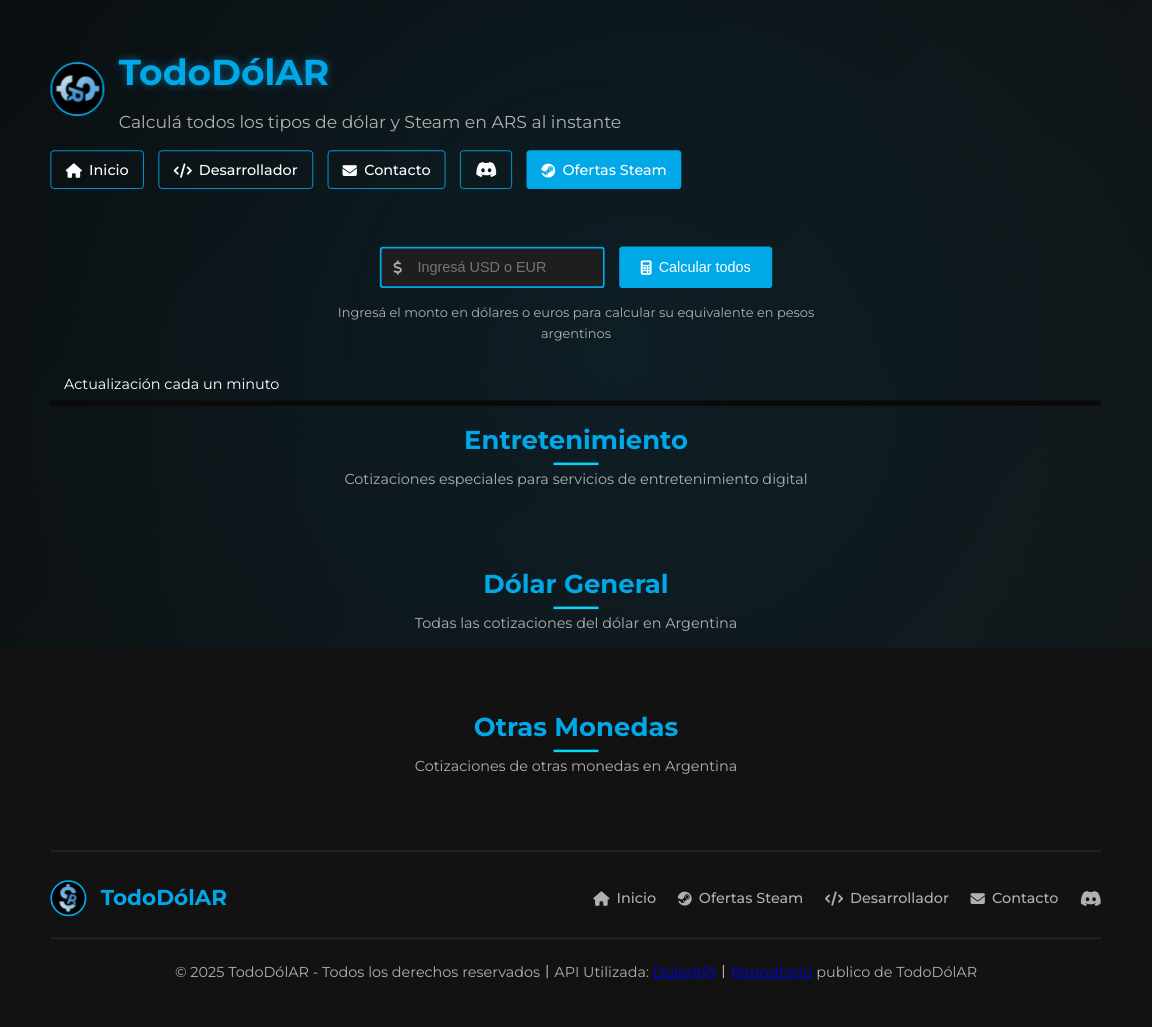
Repository: FabriDevelope/todod-lar-ar
Page: inicio/index.html
The author's editor kept a copy of each file at every save. The page is drawn from the files as they stood at one save, then again after the next save.
The browser window is 1280 px wide. The pictures show the whole page, at 90% of full size.
The page's requests for data from a server got no answer.

Above is the page before, as saved 2025-09-06 23:25:37.

### inicio/index.html
<!DOCTYPE html>
<html lang="es">
<head>
    <meta charset="UTF-8">
    <meta name="viewport" content="width=device-width, initial-scale=1.0">
    <title>TodoDólAR - Calculá todos los tipos de dólar y Steam en ARS al instante</title>
    <link rel="stylesheet" href="../css/style.css">
    <link rel="icon" type="image/png" href="favicon.png">
    <link href="https://fonts.googleapis.com/css2?family=Montserrat:wght@400;500;700&display=swap" rel="stylesheet">
    <link rel="stylesheet" href="https://cdnjs.cloudflare.com/ajax/libs/font-awesome/6.4.0/css/all.min.css">
</head>
<body>
    <!-- Fondo animado -->
    <div class="animated-bg"></div>

    <div class="container">
        <!-- Header -->
        <header class="header">
            <div class="header-content">
                <div class="header-logo">
                    <img src="../logo/logo.png" alt="TodoDólar-AR Logo" class="logo-img">
                    <div>
                        <h1 class="header-title">TodoDólAR</h1>
                        <p class="header-subtitle">Calculá todos los tipos de dólar y Steam en ARS al instante</p>
                    </div>
                </div>
                <div class="header-links">
                    <a href="index.html" class="dev-link">
                        <i class="fas fa-home"></i> Inicio
                    </a>
                    <a href="../desarrollador/index.html" target="_blank" class="dev-link">
                        <i class="fas fa-code"></i> Desarrollador
                    </a>
                    <a href="../contacto/index.html" class="dev-link">
                        <i class="fas fa-envelope"></i> Contacto
                    </a>
                    <a href="../discord-invite/index.html" target="_blank" class="dev-link discord-link">
                        <i class="fab fa-discord"></i>
                    </a>
                    <a href="../ofertas-steam/index.html" target="_blank" class="steam-btn">
                        <i class="fab fa-steam"></i> Ofertas Steam
                    </a>
                </div>
            </div>
        </header>

        <!-- Input de cálculo -->
        <section class="calculation-section">
            <div class="input-container">
                <div class="input-group">
                    <i class="fas fa-dollar-sign input-icon"></i>
                    <input type="number" id="currency-input" placeholder="Ingresá USD o EUR" step="0.01" min="0">
                </div>
                <button id="calculate-all-btn" class="calculate-btn">
                    <i class="fas fa-calculator"></i> Calcular todos
                </button>
            </div>
            <p class="input-description">Ingresá el monto en dólares o euros para calcular su equivalente en pesos argentinos</p>
        </section>

        <div id="update-container" style="margin: 15px 0;">
            <span id="update-text" style="color: var(--light-text); margin-left: 15px;">Actualización cada 1 minuto(s)</span>
            <div id="update-bar-container" style="background: var(--darker-bg); border-radius: 5px; overflow: hidden; height: 6px; margin-top: 5px;">
                <div id="update-bar" style="height: 100%; width: 0%; background: var(--accent-color); transition: width 0.1s linear;"></div>
            </div>
        </div>





        <!-- Tarjetas de Juegos/Steam -->
        <section class="card-section">
            <div class="section-header">
                <h2 class="section-title">Entretenimiento</h2>
                <p class="section-description">Cotizaciones especiales para servicios de entretenimiento digital</p>
            </div>
            <div class="cards-grid" id="steam-cards">
                <!-- Las tarjetas se generarán con JavaScript -->
            </div>
        </section>

        <!-- Tarjetas de Dólar General -->
        <section class="card-section">
            <div class="section-header">
                <h2 class="section-title">Dólar General</h2>
                <p class="section-description">Todas las cotizaciones del dólar en Argentina</p>
            </div>
            <div class="cards-grid" id="general-cards">
                <!-- Las tarjetas se generarán con JavaScript -->
            </div>
        </section>

        <!-- Tarjetas de Euro -->
        <section class="card-section">
            <div class="section-header">
                <h2 class="section-title">Otras Monedas</h2>
                <p class="section-description">Cotizaciones de otras monedas en Argentina</p>
            </div>
            <div class="cards-grid" id="euro-cards">
                <!-- Las tarjetas se generarán con JavaScript -->
            </div>
        </section>

        <!-- Footer -->
        <footer class="footer">
            <div class="footer-content">
                <div class="footer-logo">
                    <img src="../logo/logo.png" alt="TodoDólar-AR Logo" class="footer-logo-img">
                    <span class="footer-title">TodoDólAR</span>
                </div>
                <div class="footer-links">
                    <a href="index.html" class="footer-link">
                        <i class="fas fa-home"></i> Inicio
                    </a>
                    <a href="../ofertas-steam/index.html" target="_blank" class="footer-link">
                        <i class="fab fa-steam"></i> Ofertas Steam
                    </a>
                    <a href="../desarrollador/index.html" target="_blank" class="footer-link">
                        <i class="fas fa-code"></i> Desarrollador
                    </a>
                    <a href="../contacto/index.html" class="footer-link">
                        <i class="fas fa-envelope"></i> Contacto
                    </a>
                    <a href="../discord-invite/index.html" target="_blank" class="footer-link discord-link">
                        <i class="fab fa-discord"></i>
                    </a>
                </div>
            </div>
            <div class="footer-bottom">
                <p>&copy; 2025 TodoDólAR - Todos los derechos reservados丨API Utilizada: <a href="https://dolarapi.com/docs/argentina/" target="_blank">DolarAPI</a>丨<a href="https://github.com/FabriDevelope/todod-lar-ar" target="_blank">Repositorio</a> publico de TodoDólAR</p>
            </div>
        </footer>
    </div>

    <!-- Modal para cálculo específico -->
    <div id="calc-modal" class="modal">
        <div class="modal-content">
            <div class="modal-header">
                <h3 class="modal-title" id="modal-title">Calculadora de Moneda</h3>
                <button class="modal-close-btn" id="modal-close-btn">
                    <i class="fas fa-times"></i>
                </button>
            </div>
            <div class="modal-body">
                <div class="calc-section">
                    <h4>ARS a <span id="currency-name">Moneda</span></h4>
                    <div class="calc-input-group">
                        <input type="number" id="ars-input" placeholder="Ingresá ARS" step="0.01" min="0">
                        <button class="calc-btn" id="ars-to-currency-btn">Calcular</button>
                    </div>
                    <div class="calc-result" id="ars-to-currency-result">
                        <span class="result-label">Resultado:</span>
                        <span class="result-value">0.00</span>
                    </div>
                </div>
                <div class="calc-section">
                    <h4><span id="currency-name-2">Moneda</span> a ARS</h4>
                    <div class="calc-input-group">
                        <input type="number" id="currency-input-modal" placeholder="Ingresá monto" step="0.01" min="0">
                        <button class="calc-btn" id="currency-to-ars-btn">Calcular</button>
                    </div>
                    <div class="calc-result" id="currency-to-ars-result">
                        <span class="result-label">Resultado:</span>
                        <span class="result-value">$0.00</span>
                    </div>
                </div>
            </div>
            <div class="modal-footer">
                <button class="modal-close-footer-btn" id="modal-close-footer-btn">Cerrar</button>
            </div>
        </div>
    </div>

    <script src="../js/script.js"></script>
</body>
</html>

Loaded but not shown: js/script.js (218 lines, source omitted); css/style.css (788 lines, source omitted)

After the next save:
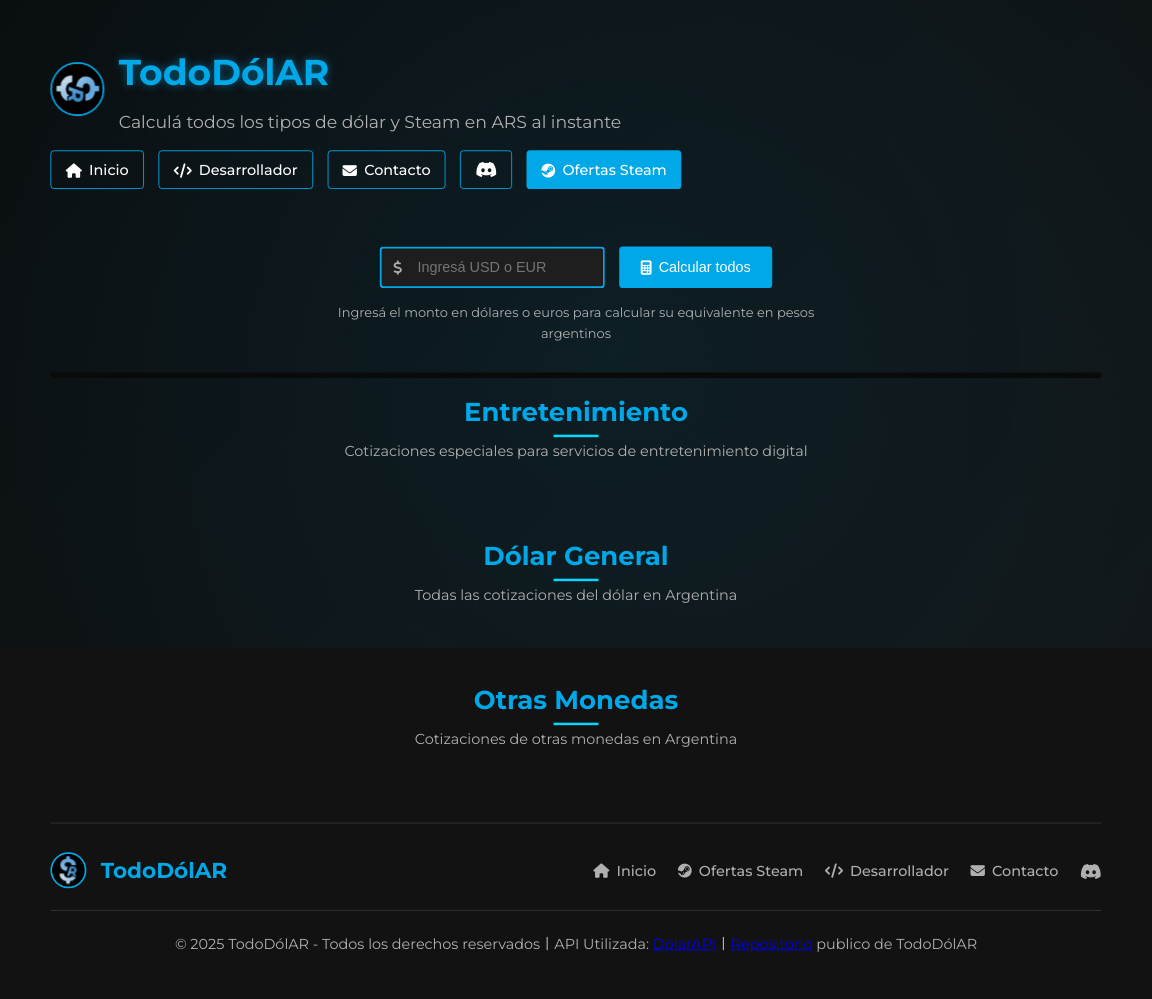
Console error: TypeError: Cannot set properties of null (setting 'textContent')
Saved 34 s later.
--- a/inicio/index.html
+++ b/inicio/index.html
@@ -59,7 +59,6 @@
         </section>
 
         <div id="update-container" style="margin: 15px 0;">
-            <span id="update-text" style="color: var(--light-text); margin-left: 15px;">Actualización cada 1 minuto(s)</span>
             <div id="update-bar-container" style="background: var(--darker-bg); border-radius: 5px; overflow: hidden; height: 6px; margin-top: 5px;">
                 <div id="update-bar" style="height: 100%; width: 0%; background: var(--accent-color); transition: width 0.1s linear;"></div>
             </div>

After the save that followed:
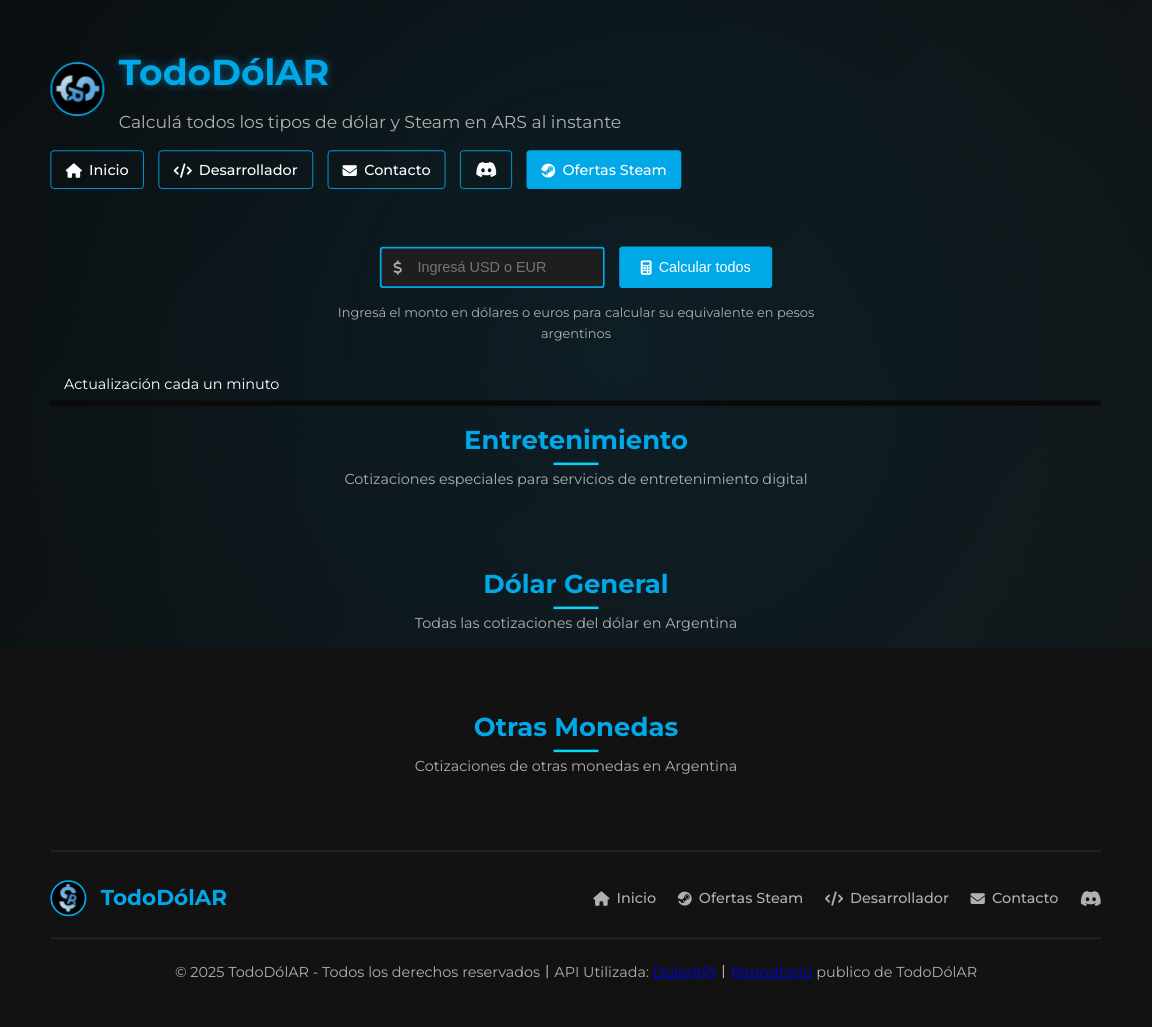
The error is gone.
Saved 4 s later.
--- a/inicio/index.html
+++ b/inicio/index.html
@@ -59,6 +59,7 @@
         </section>
 
         <div id="update-container" style="margin: 15px 0;">
+            <span id="update-text" style="color: var(--light-text); margin-left: 15px;">Actualización cada 1 minuto(s)</span>
             <div id="update-bar-container" style="background: var(--darker-bg); border-radius: 5px; overflow: hidden; height: 6px; margin-top: 5px;">
                 <div id="update-bar" style="height: 100%; width: 0%; background: var(--accent-color); transition: width 0.1s linear;"></div>
             </div>
